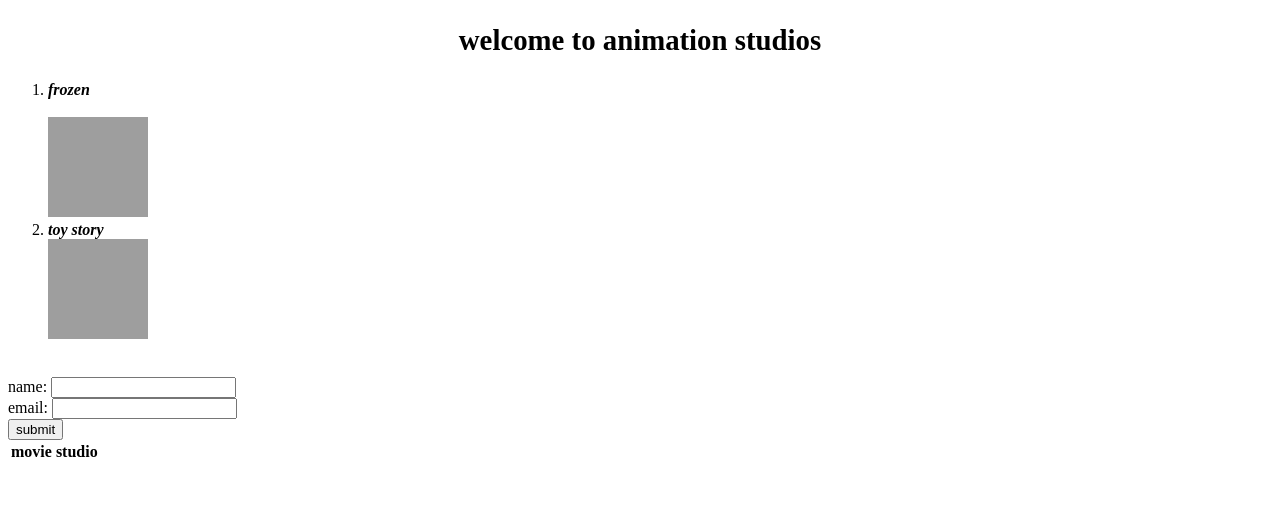
Repository: Rock-ass/New-folder--2-
Page: index.html
These files come from the project's save history. The page is drawn as it stood at one moment and after a run of saves; the edit follows.
The browser window is 1280 px wide. The pictures show the whole page.
Pictures or frames that could not be fetched are drawn as grey boxes.

Above is the page before, as saved 2021-12-24 21:39:44.

After the next 2 saves:
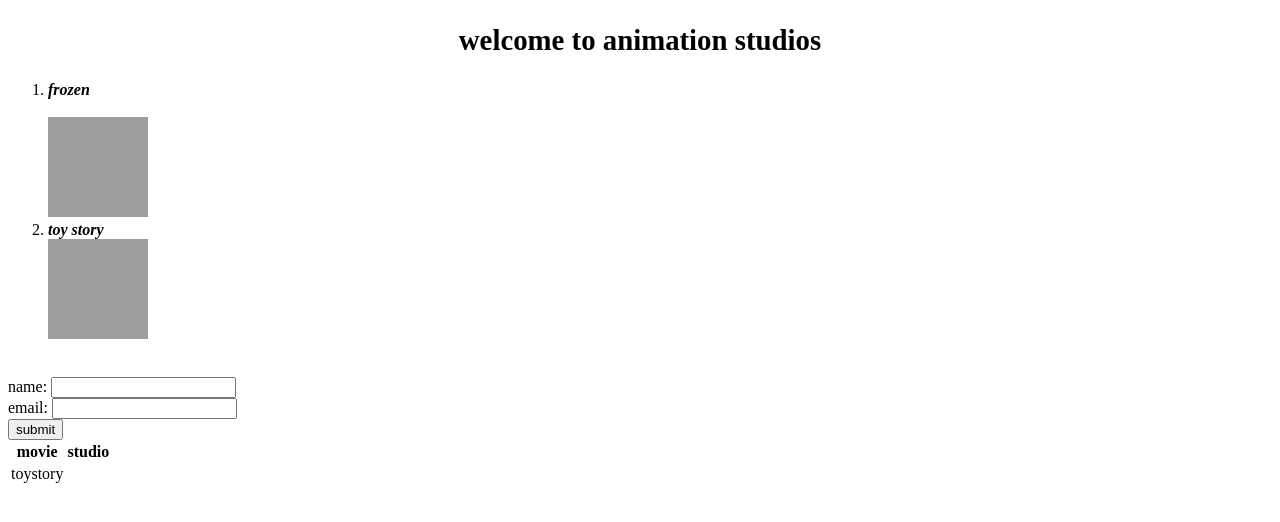
The 2 saves are shown as one change because they came seconds apart.
The last was saved 7 s later.
--- a/index.html
+++ b/index.html
@@ -81,8 +81,8 @@
 
 </tr>
 <tr>
+<td>toystory</td>
 <td></td>
-
 
 
 
